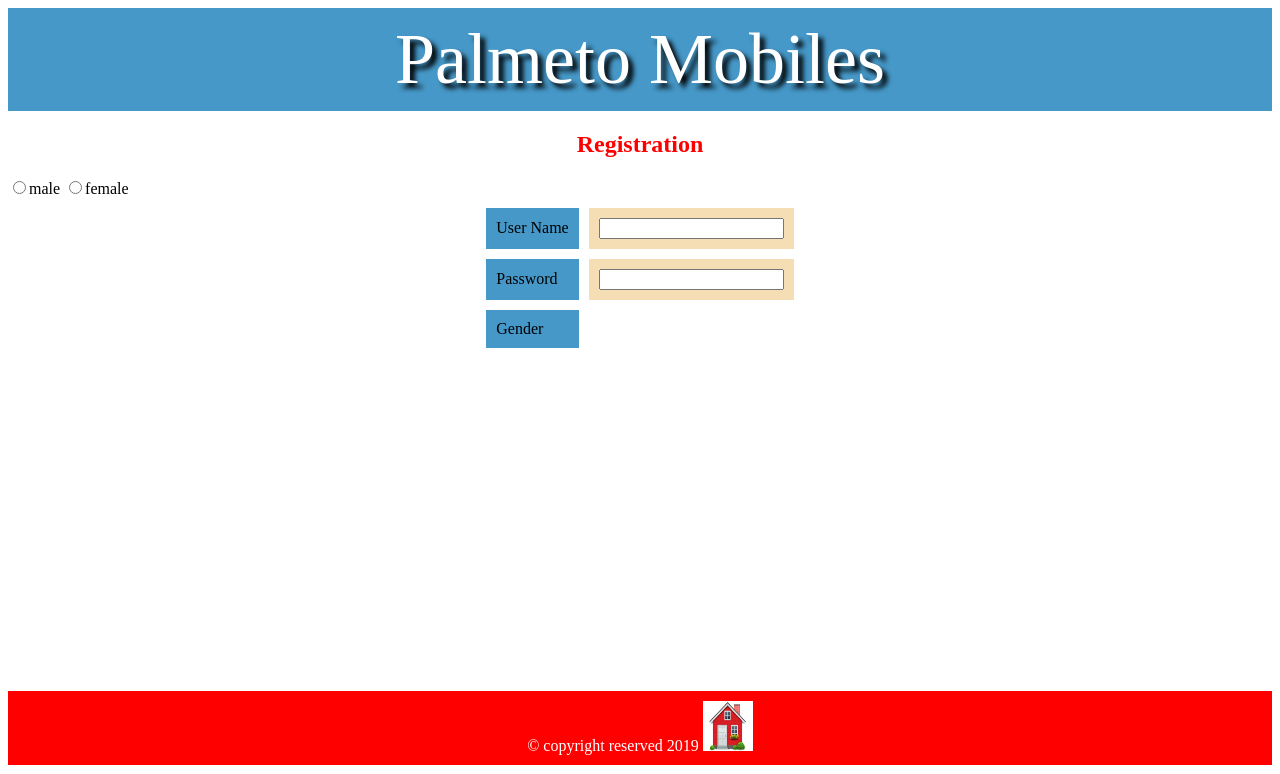
Repository: abhishekj720/HSBCLearn
Page: html/HtmlCssDemo/WebContent/registration.html
These files come from the project's save history. The page is drawn as it stood at one moment and after the next save; the edit follows.
The browser window is 1280 px wide. The pictures show the whole page.

Above is the page before, as saved 2019-07-29 10:06:27.

After the next save:
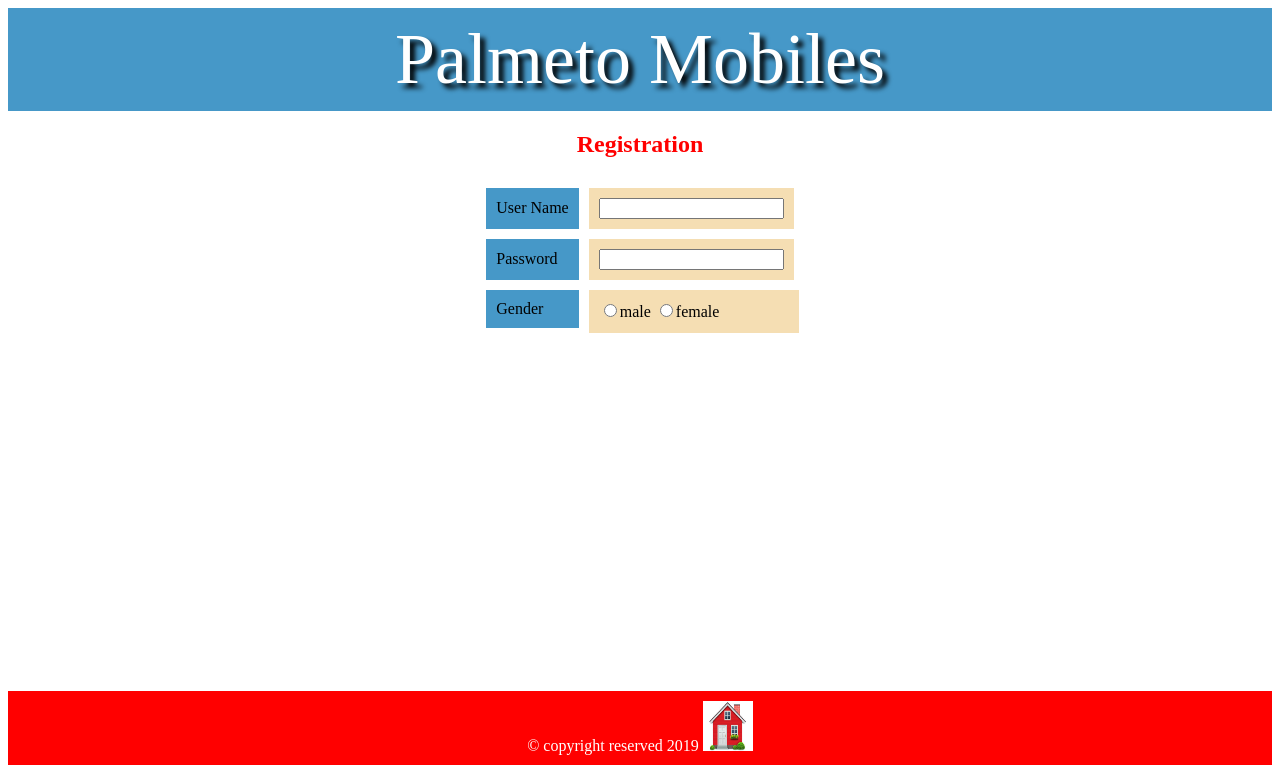
Saved 23 s later.
--- a/html/HtmlCssDemo/WebContent/registration.html
+++ b/html/HtmlCssDemo/WebContent/registration.html
@@ -28,8 +28,9 @@
 				</tr>
 				<tr>
 					<td class="title">Gender</td>
-					<input type="radio" name="gender" />male
+					<td clss="data"><input type="radio" name="gender" />male
 					<input type="radio" name="gender" />female
+					</td>
 				</tr>
 			</table>
 		</form>
